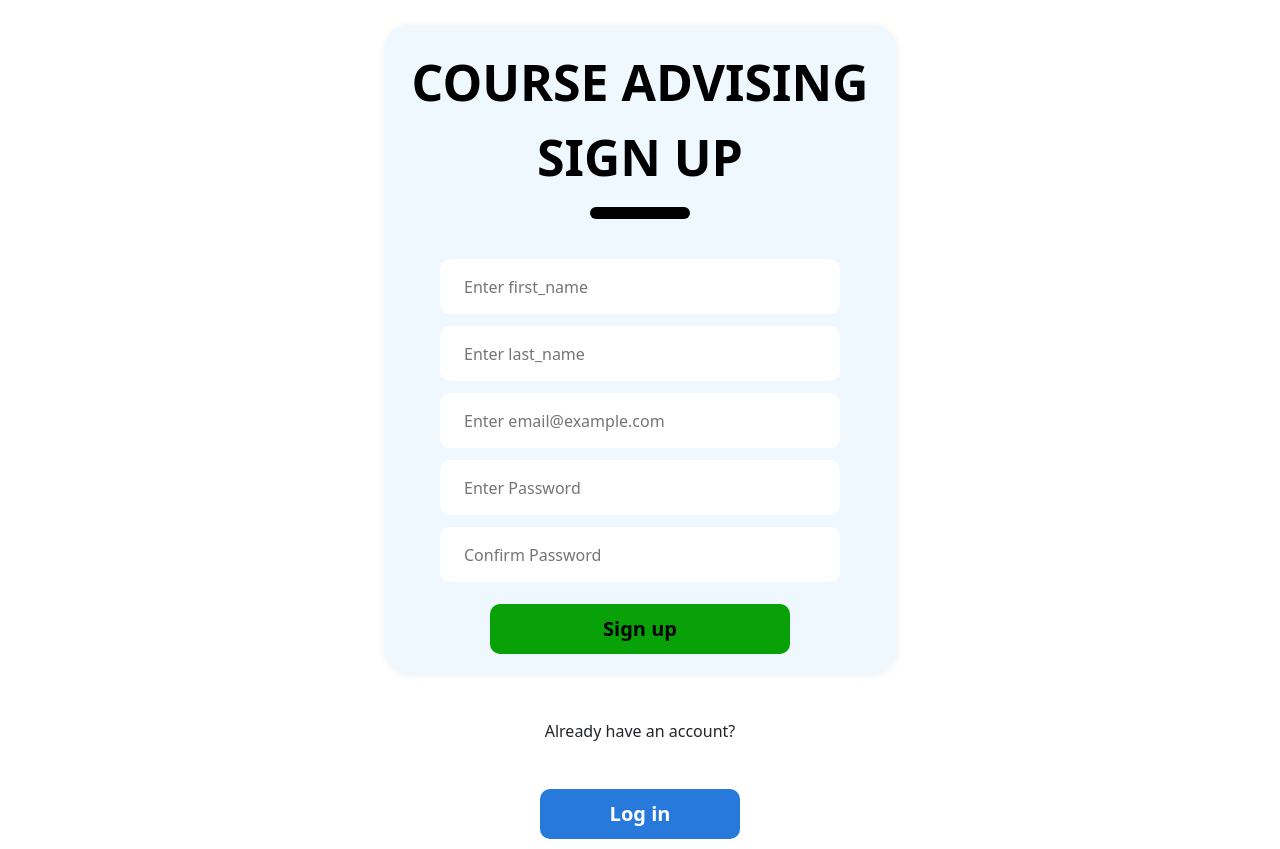
Repository: JermelWatson/milestoneOne
Page: / (app in client/)
These files come from the project's save history. The page is drawn as it stood at one moment and after a run of saves; the edit follows.
The browser window is 1280 px wide. The pictures show the whole page.
The page's requests for data from a server got no answer. The project was rebuilt for these pictures with package versions that can differ from the ones it lists, and the page was loaded fresh each time. No one was signed in, and anything a server would have sent is missing. Also part of the build but not shown: client/vite.config.js, client/src/Components/login/Login.jsx, client/src/Components/dashboard/Dashboard.css, client/src/Components/dashboard/Sidebar.css, client/src/Components/dashboard/Sidebar.jsx, client/src/Components/dashboard/Content.css, client/src/Components/dashboard/ContentHeader.jsx, client/src/Components/dashboard/Card.jsx and 9 more.

Above is the page before, as saved 2024-10-09 18:58:06.

After the next 2 saves:
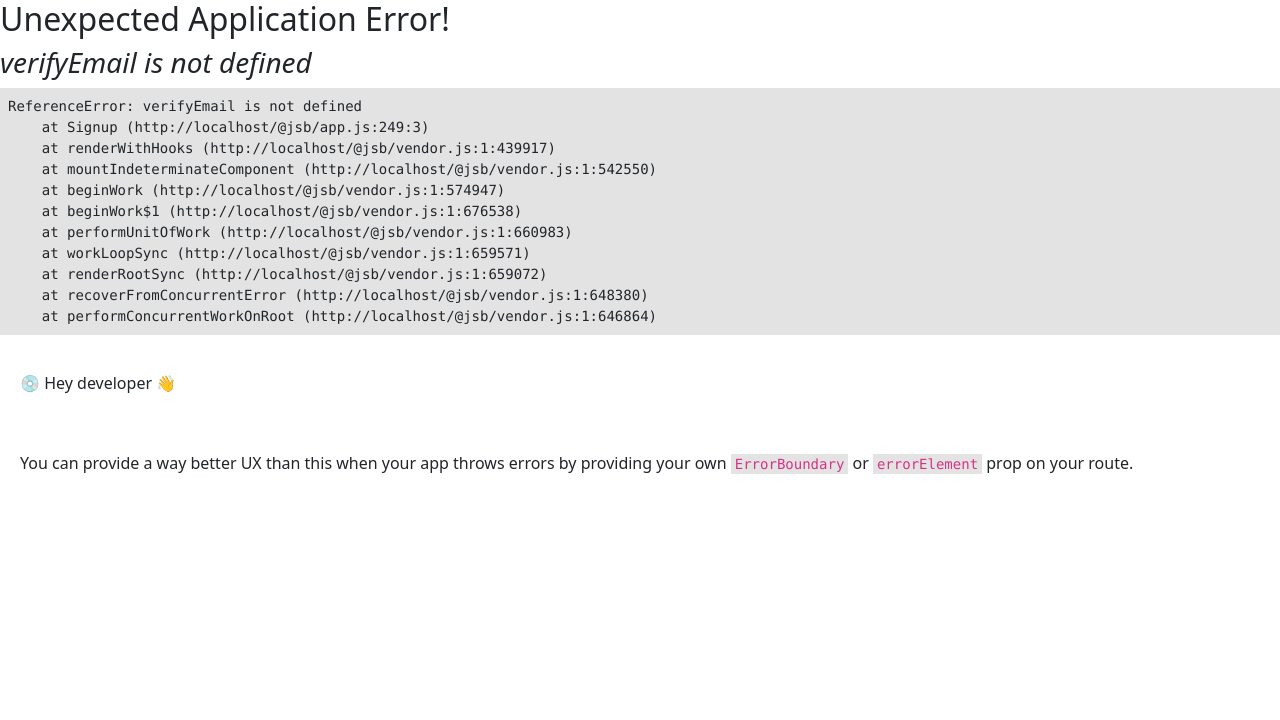
Console error: ReferenceError: verifyEmail is not defined
The 2 saves are shown as one change because they came seconds apart.
The last was saved 10 s later.
--- a/client/src/Components/signup/Signup.jsx
+++ b/client/src/Components/signup/Signup.jsx
@@ -82,7 +82,7 @@ const Signup = () => {
     }
   };
 
-  const verifyEmail = async () => {
+  const handleVerify = async () => {
     const verifyBody = JSON.stringify({
       email: email,
       code: code,

After the save that followed:
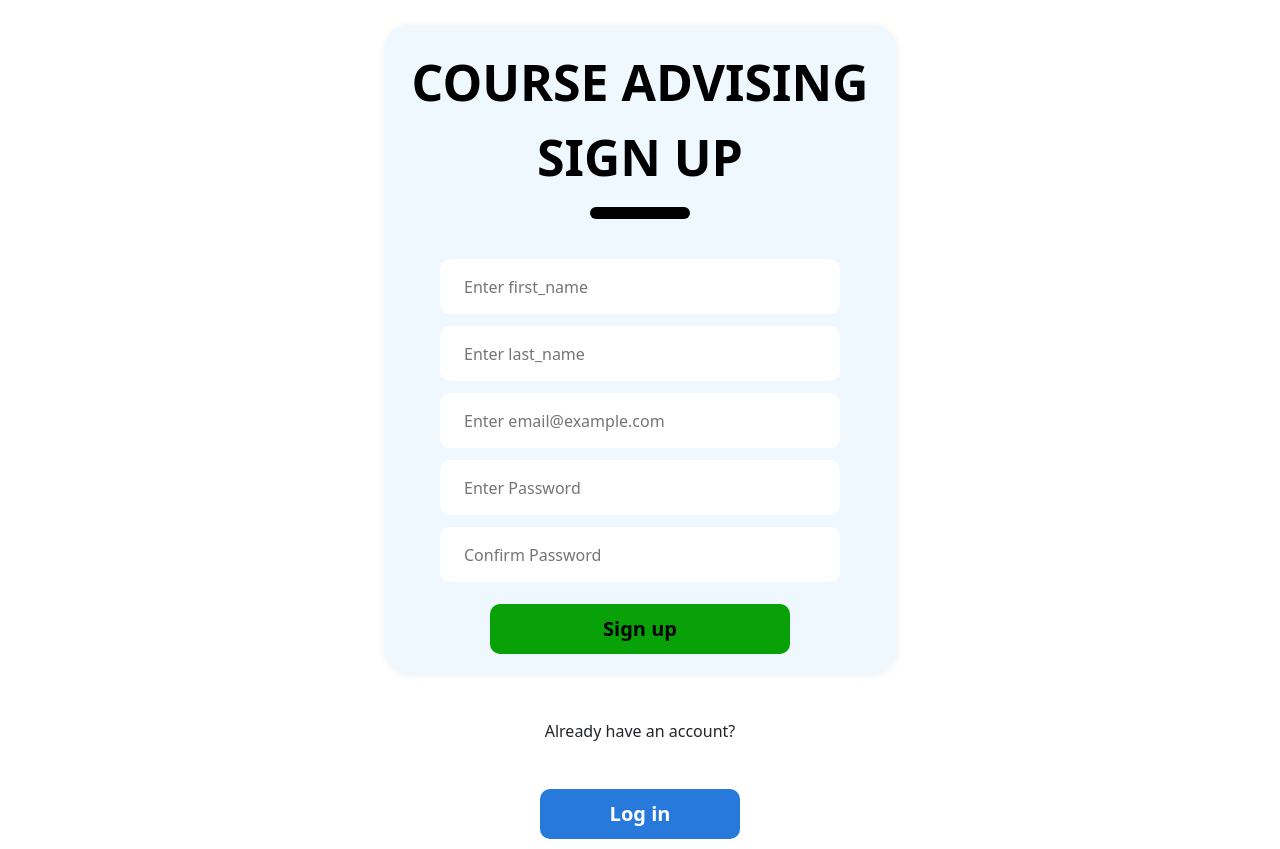
The error is gone.
Saved 4 s later.
--- a/client/src/Components/signup/Signup.jsx
+++ b/client/src/Components/signup/Signup.jsx
@@ -100,7 +100,6 @@ const Signup = () => {
       console.log("Failed to verify email");
     }
   };
-  verifyEmail();
 
   return (
     <>
